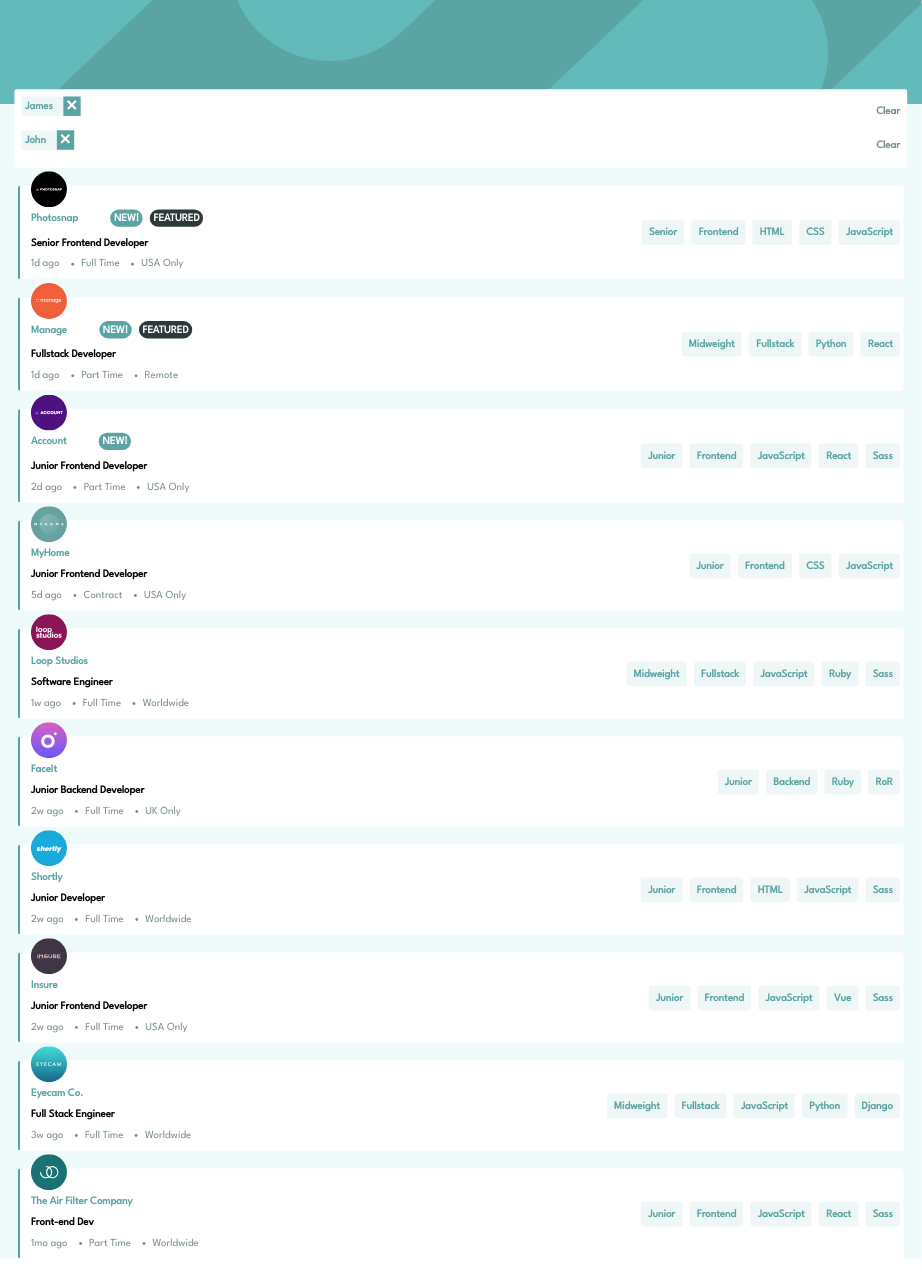
Repository: DevLaukey/job-listing
Page: /
The author's editor kept a copy of each file at every save. The page is drawn from the files as they stood at one save, then again after the next save.
The browser window is 1280 px wide. The pictures show the whole page, at 72% of full size.
Pictures or frames that could not be fetched are drawn as grey boxes. Some web fonts or font styles are not loaded; a fallback is used. The project was rebuilt for these pictures with package versions that can differ from the ones it lists, and the page was loaded fresh each time.

Above is the page before, as saved 2022-06-03 11:22:52.

After the next save:
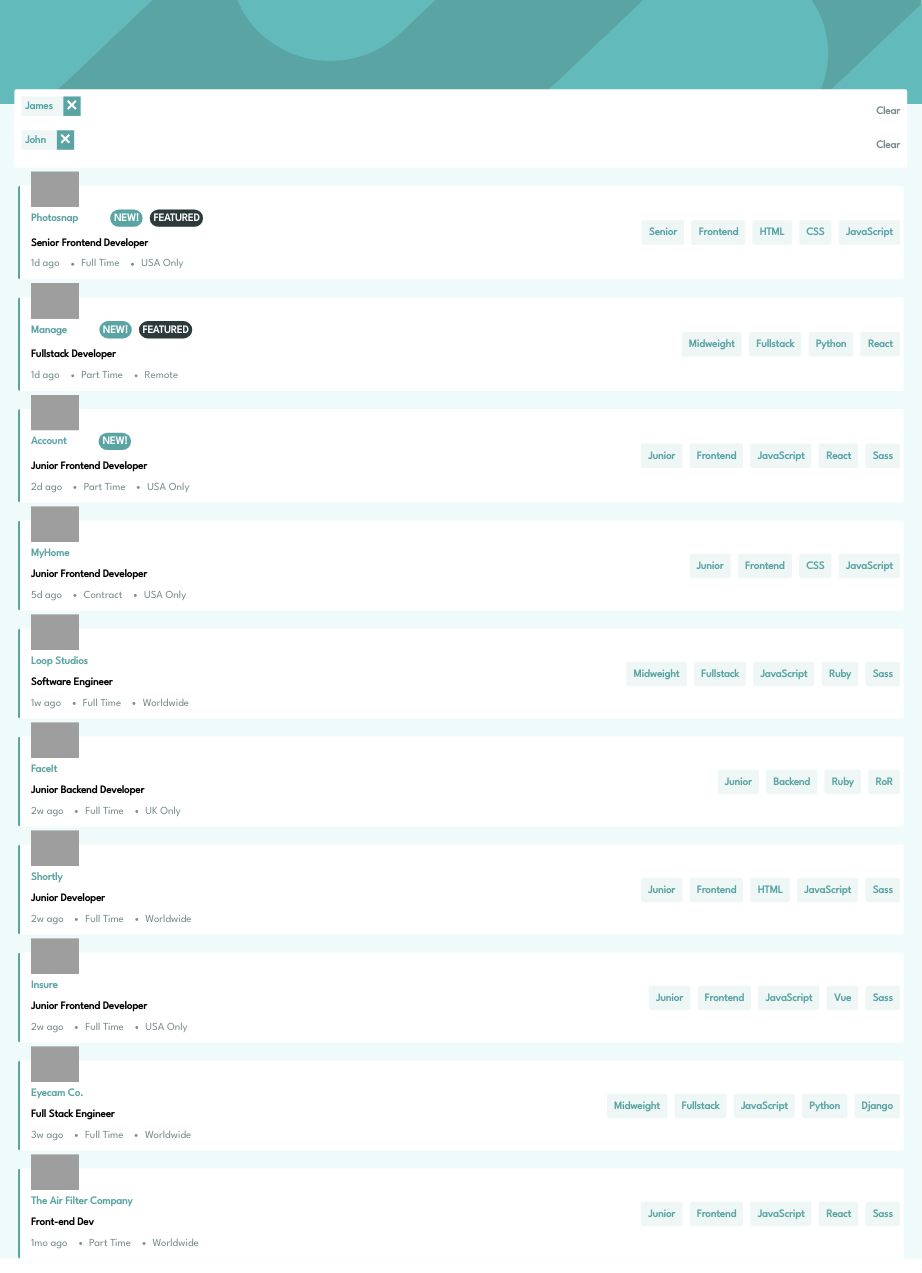
Saved 40 s later.
--- a/src/components/Tablet.js
+++ b/src/components/Tablet.js
@@ -12,7 +12,7 @@ function Tablet({ key, company, logo, neew, featured, position, role, level, pos
     return (
       <div className="tablet boarder">
         <div className="tablet_content">
-          <img className="image" src={logo} alt="" />
+          <img className="image" src={`"${logo}"`} alt="" />
 
           <div className="heading">
             <div className="company">

After the 3 saves that followed:
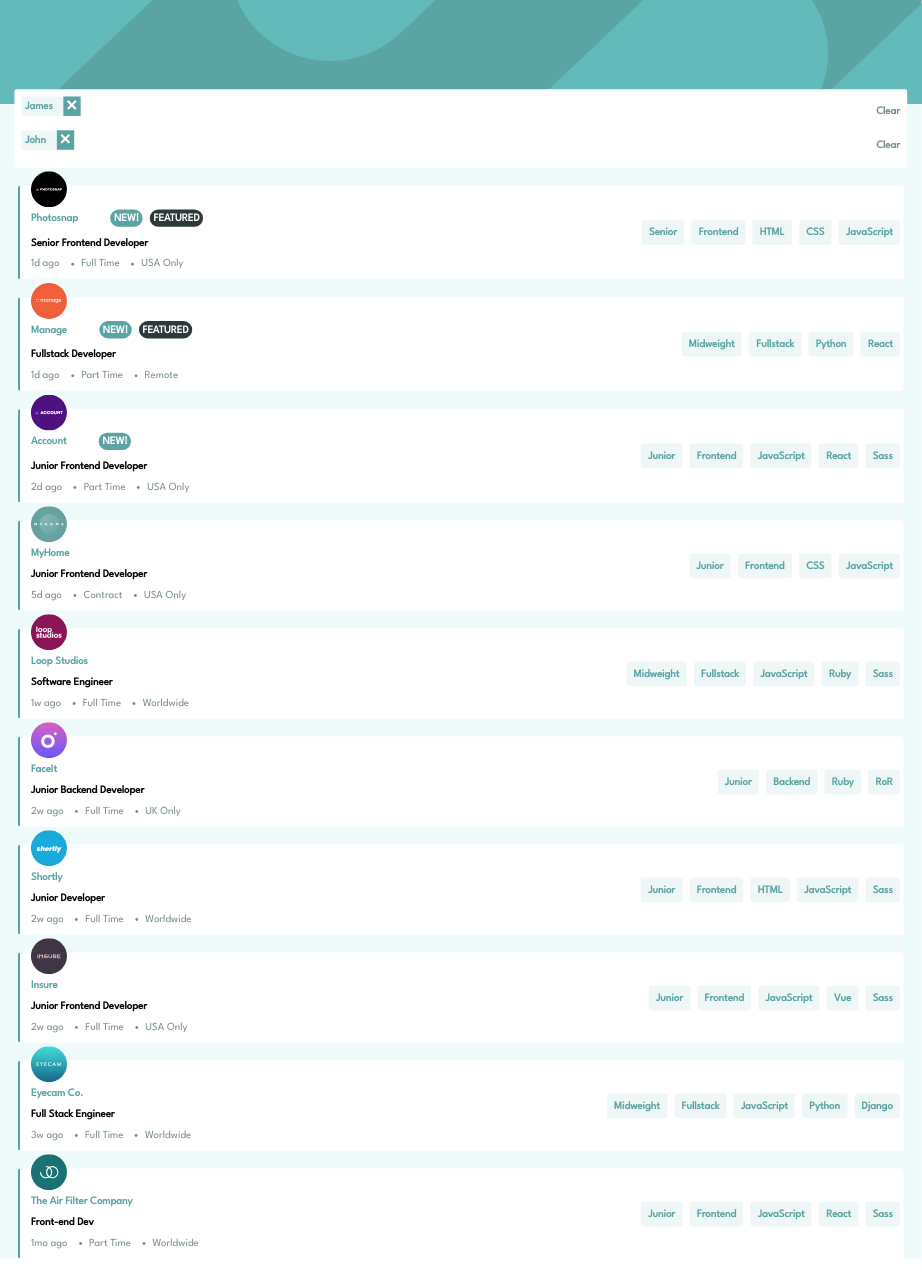
The 3 saves are shown as one change because 1 did not build or start and 1 left the picture as it was.
The last was saved 114 s later.
--- a/src/components/Tablet.js
+++ b/src/components/Tablet.js
@@ -2,7 +2,7 @@ import React, { useState } from "react";
 import "./styles.css";
 import logos from "./images/photosnap.svg";
 function Tablet({ key, company, logo, neew, featured, position, role, level, postedAt, contract, location, languages, tools }) {
-    console.log(logo);
+    console.log(typeof(logo));
     // const logos = require(logo).default;
     // console.log(logos)
   const [tool, setTool] = useState();
@@ -12,7 +12,7 @@ function Tablet({ key, company, logo, neew, featured, position, role, level, pos
     return (
       <div className="tablet boarder">
         <div className="tablet_content">
-          <img className="image" src={`"${logo}"`} alt="" />
+          <img className="image" src={logo} alt="" />
 
           <div className="heading">
             <div className="company">
